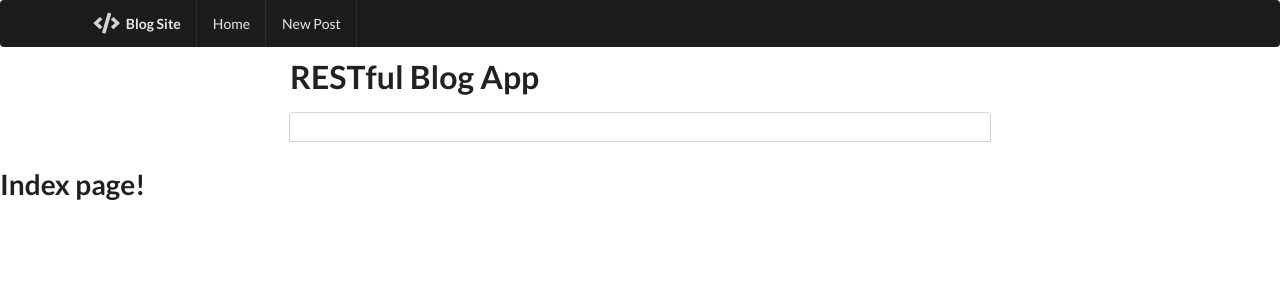
Repository: pdurkin/Web-Dev-Class
Page: http://localhost/blogs
The author's editor kept a record of every edit. The page is drawn from the files as they stood at one moment, then again after the next edit.
The browser window is 1280 px wide. The pictures show the whole page.
Some web libraries are served in a nearby version. The page is served by the project's Node server (RESTful_Routing/RESTfulBlogApp/app.js). Queries for data that is not in the repository find no rows.

Above is the page before.

After the next edit:
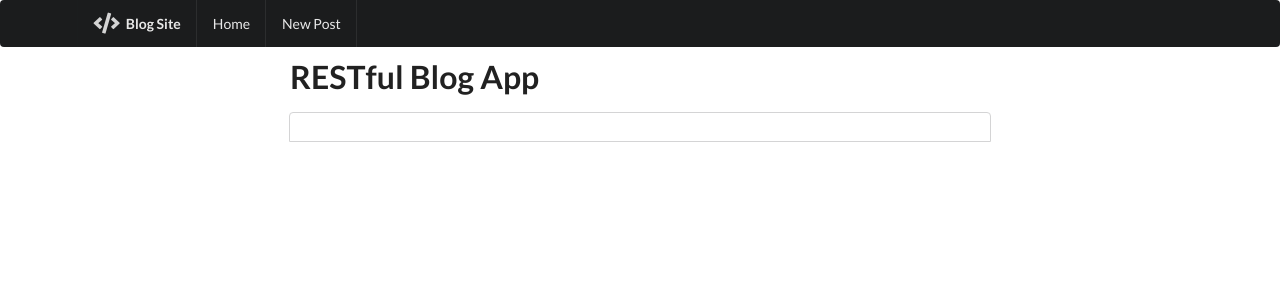
The edit:
--- a/Back End Lessons/RESTful_Routing/RESTfulBlogApp/views/index.ejs
+++ b/Back End Lessons/RESTful_Routing/RESTfulBlogApp/views/index.ejs
@@ -31,8 +31,4 @@
     </div>
 </div>
 
-<h1>Index page!</h1>
-
-
-
 <% include partials/footer %>
